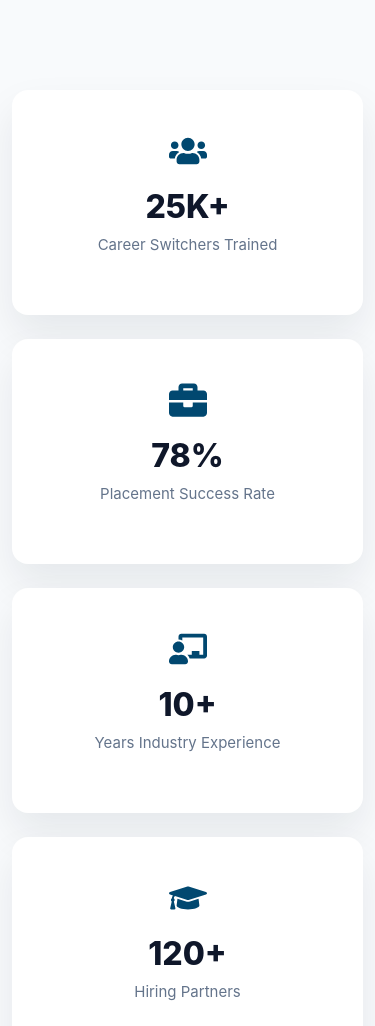
Repository: Aswin74k/project-2
Page: /
The author's editor kept a copy of each file at every save. The page is drawn from the files as they stood at one save, then again after the next save.
The browser window is 375 px wide. The pictures show the part of the page from y = 760 to 1786 px (the page is 5726 px tall before and 5441 px after).
Pictures or frames that could not be fetched are drawn as grey boxes. The project was rebuilt for these pictures with package versions that can differ from the ones it lists, and the page was loaded fresh each time. Also part of the build but not shown: vite.config.js, src/project/course.css, src/project/Course.jsx, src/project/About.css, src/project/About.jsx, src/project/Enroll.css, src/project/Enroll.jsx, src/project/contact.css and 2 more.

Above is the page before, as saved 2025-12-25 17:25:20.

After the next save:
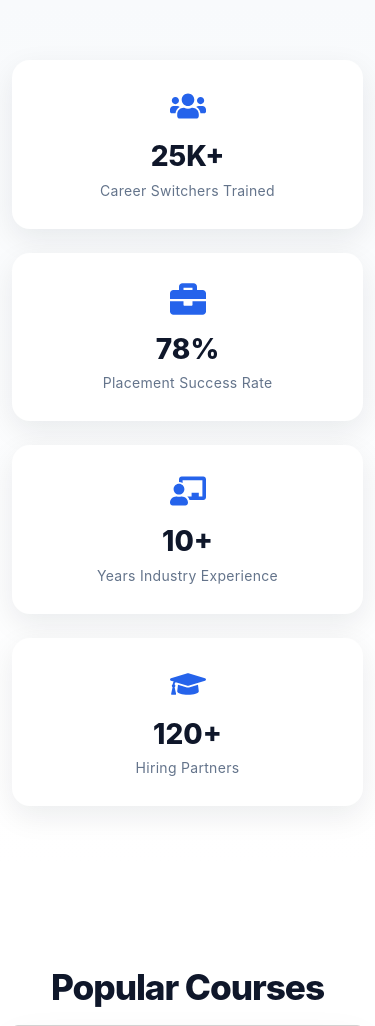
Saved 4 min 7 s later.
--- a/src/project/Home.css
+++ b/src/project/Home.css
@@ -119,41 +119,97 @@
 }
 
 /* =========================
-   STATS
-========================= */
+   STATS SECTION
+========================= */
+
 .stats-section {
-  padding: 90px 0;
-  background: var(--bg-light);
-}
-
+  padding: 80px 0;
+  background: linear-gradient(
+    180deg,
+    #f8fafc 0%,
+    #ffffff 100%
+  );
+}
+
+/* Optional title if you add one */
+.stats-title {
+  text-align: center;
+  font-size: 2.2rem;
+  font-weight: 800;
+  margin-bottom: 50px;
+  color: #0f172a;
+}
+
+/* STAT CARD */
 .stat-box {
   background: #ffffff;
-  padding: 42px 26px;
+  border-radius: 18px;
+  padding: 36px 20px;
   text-align: center;
-  border-radius: var(--radius-md);
-  box-shadow: var(--shadow-soft);
+  box-shadow: 0 10px 30px rgba(15, 23, 42, 0.08);
   transition: all 0.35s ease;
-}
-
+  height: 100%;
+}
+
+/* HOVER EFFECT */
 .stat-box:hover {
   transform: translateY(-10px);
-  box-shadow: var(--shadow-strong);
-}
-
+  box-shadow: 0 25px 60px rgba(15, 23, 42, 0.18);
+}
+
+/* ICON */
 .stat-box svg {
-  font-size: 38px;
-  color: rgb(1, 72, 112);
-  margin-bottom: 18px;
-}
-
+  font-size: 42px;
+  color: #2563eb;
+  margin-bottom: 16px;
+}
+
+/* NUMBER */
 .stat-box h3 {
-  font-size: 32px;
+  font-size: 34px;
   font-weight: 800;
-}
-
+  margin-bottom: 6px;
+  color: #0f172a;
+}
+
+/* LABEL */
 .stat-box p {
   font-size: 15px;
   color: #64748b;
+  margin: 0;
+  letter-spacing: 0.3px;
+}
+
+/* =========================
+   RESPONSIVE
+========================= */
+
+@media (max-width: 768px) {
+  .stats-section {
+    padding: 60px 0;
+  }
+
+  .stat-box {
+    padding: 28px 18px;
+  }
+
+  .stat-box h3 {
+    font-size: 30px;
+  }
+}
+
+@media (max-width: 576px) {
+  .stat-box svg {
+    font-size: 36px;
+  }
+
+  .stat-box h3 {
+    font-size: 28px;
+  }
+
+  .stat-box p {
+    font-size: 14px;
+  }
 }
 
 /* =========================
